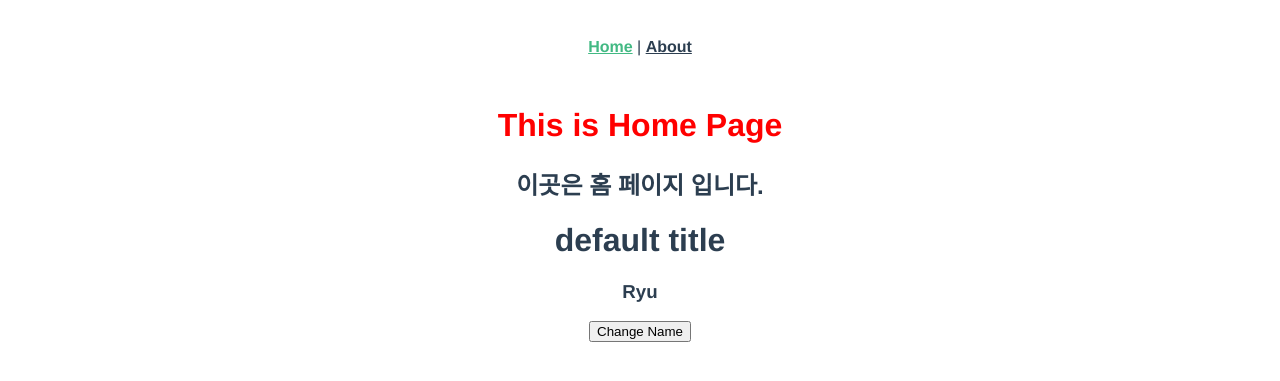
Repository: RyuGeunHwan/code_J
Page: / (app in vue-emit/)
An editor plug-in stored every save of this project. The page is shown before and after the next save, followed by the edit.
The browser window is 1280 px wide. The pictures show the whole page.
The project was rebuilt for these pictures with package versions that can differ from the ones it lists, and the page was loaded fresh each time.

Above is the page before, as saved 2022-08-12 09:26:56.

After the next save:
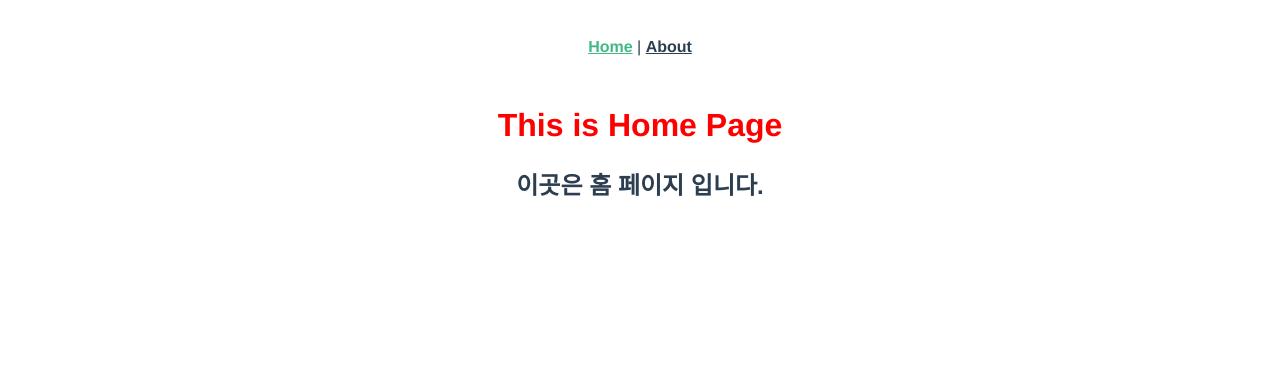
Saved 80 s later.
--- a/vue-emit/src/views/Home.vue
+++ b/vue-emit/src/views/Home.vue
@@ -3,19 +3,19 @@
   <div>
     <h1>This is Home Page</h1>
     <h2>이곳은 홈 페이지 입니다.</h2>
-    <KossieCoder name="Ryu"/>
+    <!-- <KossieCoder name="Ryu"/> -->
   </div>
 </template>
 
 <!-- script태그 : 옵션,데이터,computed,watch 등이 들어가는 구역 -->
 <script>
-import KossieCoder from '@/components/KossieCoder.vue';
+// import KossieCoder from '@/components/KossieCoder.vue';
 
 
 export default {
   components: {
     // import한 컴포넌트를 사용하겠다는 설정
-    KossieCoder
+    // KossieCoder
   }
 }
 </script>
